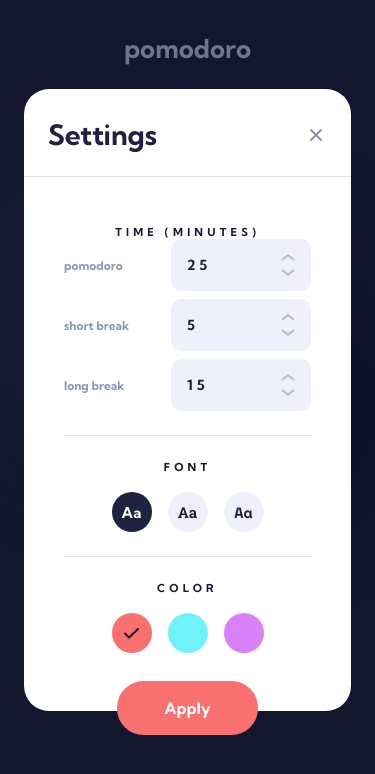
Repository: blordeus/pomodoro-app
Page: /, after clicking the first element matching `button.settings-trigger`
The author's editor kept a copy of each file at every save. The page is drawn from the files as they stood at one save, then again after a run of saves.
The browser window is 375 px wide. The pictures show the whole page.
The project was rebuilt for these pictures with package versions that can differ from the ones it lists, and the page was loaded fresh each time.

Above is the page before, as saved 2026-05-09 18:33:41.

### index.html
<!doctype html>
<html lang="en">
  <head>
    <meta charset="UTF-8" />
    <meta name="viewport" content="width=device-width, initial-scale=1.0" />
    <title>Pomodoro App</title>
  </head>
  <body>
    <div id="root"></div>
    <script type="module" src="/src/main.jsx"></script>
  </body>
</html>

### src/main.jsx
import React from 'react';
import { createRoot } from 'react-dom/client';
import './index.css';
import App from './App.jsx';

createRoot(document.getElementById('root')).render(
  <React.StrictMode>
    <App />
  </React.StrictMode>
);

### src/index.css
@import url('https://fonts.googleapis.com/css2?family=Kumbh+Sans:wght@400;700&family=Roboto+Slab:wght@400;700&family=Space+Mono:wght@400;700&display=swap');

/* ─── Design Tokens ─────────────────────────────────────────── */
:root {
  --bg: #1E213F;
  --surface: #161932;
  --surface-alt: #0D0E1C;
  --text-primary: #D7E0FF;
  --text-muted: #8895B3;
  --modal-bg: #FFFFFF;
  --modal-text: #161932;
  --modal-label: #1E213F;
  --modal-section-title: #161932;
  --input-bg: #EFF1FA;
  --input-text: #1E213F;
  --divider: #E3E1E1;

  /* Accent — overridden by useSettings via JS */
  --accent: #F87070;

  /* Font — overridden by useSettings via JS */
  --font-app: 'Kumbh Sans', sans-serif;

  /* Timer sizing */
  --timer-outer: 410px;
  --timer-inner: 340px;
  --timer-ring-size: 339px;
}

/* ─── Reset & Base ──────────────────────────────────────────── */
*, *::before, *::after {
  box-sizing: border-box;
  margin: 0;
  padding: 0;
}

body {
  font-family: var(--font-app);
  background-color: var(--bg);
  color: var(--text-primary);
  min-height: 100vh;
  transition: font-family 0.2s ease;
}

button {
  cursor: pointer;
  border: none;
  background: none;
  font-family: inherit;
}

/* ─── App Layout ────────────────────────────────────────────── */
.app {
  display: flex;
  flex-direction: column;
  align-items: center;
  padding: 48px 24px 56px;
  min-height: 100vh;
}

.app__title {
  font-size: 1.625rem;
  font-weight: 700;
  letter-spacing: 0;
  color: var(--text-primary);
  margin-bottom: 45px;
}

/* ─── Mode Selector ─────────────────────────────────────────── */
.mode-selector {
  display: flex;
  align-items: center;
  background-color: var(--surface);
  border-radius: 31.5px;
  padding: 8px;
  gap: 0;
  margin-bottom: 48px;
}

.mode-btn {
  font-family: var(--font-app);
  font-size: 0.75rem;
  font-weight: 700;
  color: var(--text-muted);
  border-radius: 26.5px;
  padding: 14px 24px;
  transition: color 0.25s ease, background-color 0.25s ease;
  white-space: nowrap;
}

.mode-btn:hover {
  color: var(--text-primary);
}

.mode-btn--active {
  background-color: var(--accent);
  color: var(--modal-label);
}

/* ─── Timer ─────────────────────────────────────────────────── */
.timer-wrapper {
  margin-bottom: 63px;
}

.timer-outer {
  width: var(--timer-outer);
  height: var(--timer-outer);
  border-radius: 50%;
  background: linear-gradient(315deg, #2E325A 0%, #0E112A 100%);
  box-shadow:
    -50px -50px 100px #272C5A,
    50px 50px 100px #121530;
  display: flex;
  align-items: center;
  justify-content: center;
}

.timer-inner {
  width: var(--timer-inner);
  height: var(--timer-inner);
  border-radius: 50%;
  background: var(--surface);
  display: flex;
  align-items: center;
  justify-content: center;
  position: relative;
}

.timer-ring {
  position: absolute;
  inset: 0;
  display: flex;
  align-items: center;
  justify-content: center;
  width: 100%;
  height: 100%;
  padding: 20px;
}

.progress-ring {
  overflow: visible;
  width: 100%;
  height: 100%;
}

.timer-face {
  position: relative;
  z-index: 1;
  display: flex;
  flex-direction: column;
  align-items: center;
  gap: 15px;
  padding: 20px 40px;
  border-radius: 50%;
  background: transparent;
  transition: opacity 0.15s ease;
}

.timer-face:hover .timer-action {
  color: var(--accent);
}

.timer-time {
  font-family: var(--font-app);
  font-size: 5.5rem;
  font-weight: 700;
  color: var(--text-primary);
  letter-spacing: -4px;
  line-height: 1;
}

.timer-action {
  font-family: var(--font-app);
  font-size: 0.875rem;
  font-weight: 700;
  letter-spacing: 13px;
  color: var(--text-primary);
  text-transform: uppercase;
  transition: color 0.2s ease;
  /* offset to account for letter-spacing on last char */
  padding-left: 13px;
}

/* ─── Settings Trigger ──────────────────────────────────────── */
.settings-trigger {
  color: var(--text-muted);
  transition: color 0.2s ease;
  padding: 8px;
}

.settings-trigger:hover {
  color: var(--text-primary);
}

.settings-trigger img {
  opacity: 0.5;
  transition: opacity 0.2s ease;
}

.settings-trigger:hover img {
  opacity: 1;
}

/* ─── Settings Modal ────────────────────────────────────────── */
.modal-backdrop {
  position: fixed;
  inset: 0;
  background: rgba(10, 12, 28, 0.5);
  display: flex;
  align-items: center;
  justify-content: center;
  z-index: 100;
  padding: 24px;
}

.modal {
  background: var(--modal-bg);
  border-radius: 25px;
  width: 100%;
  max-width: 540px;
  position: relative;
  overflow: visible;
}

.modal__header {
  display: flex;
  align-items: center;
  justify-content: space-between;
  padding: 34px 40px 28px;
  border-bottom: 1px solid var(--divider);
}

.modal__title {
  font-size: 1.75rem;
  font-weight: 700;
  color: var(--modal-label);
}

.modal__close {
  color: var(--text-muted);
  padding: 4px;
  transition: color 0.2s ease;
  display: flex;
  align-items: center;
  justify-content: center;
}

.modal__close:hover {
  color: var(--modal-label);
}

.modal__body {
  padding: 24px 40px;
}

.modal__section {
  padding: 24px 0;
}

.modal__section--row {
  display: flex;
  align-items: center;
  justify-content: space-between;
}

.modal__section-title {
  font-size: 0.6875rem;
  font-weight: 700;
  letter-spacing: 4.23px;
  color: var(--modal-section-title);
  text-transform: uppercase;
  margin-bottom: 18px;
}

.modal__section--row .modal__section-title {
  margin-bottom: 0;
}

.modal__time-inputs {
  display: flex;
  gap: 20px;
}

.modal__divider {
  height: 1px;
  background: var(--divider);
}

.modal__options {
  display: flex;
  gap: 16px;
  align-items: center;
}

.modal__footer {
  display: flex;
  justify-content: center;
  padding-bottom: 0;
  /* Apply button overlaps the bottom of the modal */
  margin-top: -20px;
  margin-bottom: -24px;
}

/* ─── TimeInput ─────────────────────────────────────────────── */
.time-input {
  flex: 1;
  display: flex;
  flex-direction: column;
  gap: 8px;
}

.time-input__label {
  font-size: 0.75rem;
  font-weight: 700;
  color: var(--text-muted);
}

.time-input__control {
  display: flex;
  align-items: center;
  justify-content: space-between;
  background: var(--input-bg);
  border-radius: 10px;
  padding: 14px 16px;
  gap: 16px;
}

.time-input__value {
  font-size: 0.875rem;
  font-weight: 700;
  color: var(--input-text);
}

.time-input__arrows {
  display: flex;
  flex-direction: column;
  gap: 8px;
}

.time-input__arrow {
  color: #8895B3;
  display: flex;
  align-items: center;
  justify-content: center;
  transition: color 0.15s ease;
  padding: 0;
  line-height: 1;
}

.time-input__arrow img {
  width: 14px;
  height: 8px;
}

.time-input__arrow:hover {
  color: var(--input-text);
}

/* ─── Font Buttons ──────────────────────────────────────────── */
.font-btn {
  width: 40px;
  height: 40px;
  border-radius: 50%;
  font-size: 0.9375rem;
  font-weight: 700;
  background: var(--input-bg);
  color: var(--modal-label);
  display: flex;
  align-items: center;
  justify-content: center;
  transition: background-color 0.2s ease, color 0.2s ease;
}

.font-btn--active {
  background: var(--modal-label);
  color: var(--modal-bg);
}

/* ─── Color Buttons ─────────────────────────────────────────── */
.color-btn {
  width: 40px;
  height: 40px;
  border-radius: 50%;
  position: relative;
  transition: opacity 0.2s ease;
}

.color-btn:hover {
  opacity: 0.85;
}

.color-btn--active::after {
  content: '';
  position: absolute;
  inset: 0;
  display: flex;
  align-items: center;
  justify-content: center;
  background-image: url("data:[embedded picture, 244 characters]");
  background-repeat: no-repeat;
  background-position: center;
}

/* ─── Apply Button ──────────────────────────────────────────── */
.apply-btn {
  font-family: var(--font-app);
  font-size: 1rem;
  font-weight: 700;
  color: white;
  background: var(--accent);
  border-radius: 26.5px;
  padding: 17px 47px;
  transition: filter 0.2s ease;
}

.apply-btn:hover {
  filter: brightness(1.15);
}

/* ─── Responsive ────────────────────────────────────────────── */
@media (max-width: 600px) {
  :root {
    --timer-outer: 300px;
    --timer-inner: 267px;
    --timer-ring-size: 248px;
  }

  .app {
    padding: 32px 24px 48px;
  }

  .app__title {
    margin-bottom: 40px;
  }

  .mode-selector {
    margin-bottom: 45px;
  }

  .mode-btn {
    padding: 11px 16px;
    font-size: 0.6875rem;
  }

  .timer-time {
    font-size: 5rem;
    letter-spacing: -3px;
  }

  .timer-wrapper {
    margin-bottom: 56px;
  }

  /* Settings modal: stack time inputs vertically */
  .modal__time-inputs {
    flex-direction: column;
    gap: 8px;
  }

  .time-input__control {
    width: 140px;
    flex-shrink: 0;
  }

  .time-input__value {
    letter-spacing: 4px;
  }

  .time-input {
    flex-direction: row;
    align-items: center;
    justify-content: space-between;
  }

  .time-input__label {
    flex-shrink: 0;
  }

  .modal__header {
    padding: 28px 24px 24px;
  }

  .modal__body {
    padding: px 24px;
  }

  .modal__section--row {
    flex-direction: column;
    align-items: center;
    gap: 18px;
    text-align: center;
  }

  .modal__section-title {
    margin-bottom: 0;
    text-align: center;
  }


}

### src/App.jsx
import React, { useState } from 'react';
import { useTimer } from './hooks/useTimer';
import { useSettings } from './hooks/useSettings';
import ModeSelector from './components/ModeSelector';
import TimerDisplay from './components/TimerDisplay';
import SettingsModal from './components/SettingsModal';

const App = () => {
  const { settings, applySettings } = useSettings();
  const { mode, status, formattedTime, progress, start, pause, restart, switchMode } = useTimer(settings);
  const [showSettings, setShowSettings] = useState(false);

  return (
    <div className="app">
      <h1 className="app__title">pomodoro</h1>

      <ModeSelector mode={mode} onSwitch={switchMode} />

      <TimerDisplay
        formattedTime={formattedTime}
        progress={progress}
        status={status}
        onStart={start}
        onPause={pause}
        onRestart={restart}
      />

      <button
        className="settings-trigger"
        onClick={() => setShowSettings(true)}
        aria-label="Open settings"
      >
        <img src="/assets/icon-settings.svg" alt="" />
      </button>

      {showSettings && (
        <SettingsModal
          settings={settings}
          onApply={applySettings}
          onClose={() => setShowSettings(false)}
        />
      )}
    </div>
  );
};

export default App;

### src/hooks/useTimer.js
import { useState, useEffect, useRef, useCallback } from 'react';

const MODES = {
  pomodoro: 'pomodoro',
  shortBreak: 'shortBreak',
  longBreak: 'longBreak',
};

export const useTimer = (settings) => {
  const [mode, setMode] = useState(MODES.pomodoro);
  const [status, setStatus] = useState('idle'); // idle | running | paused | complete
  const [timeLeft, setTimeLeft] = useState(settings.pomodoro * 60);
  const intervalRef = useRef(null);

  const totalTime = settings[mode] * 60;

  // Reset timer when mode or settings change
  useEffect(() => {
    clearInterval(intervalRef.current);
    setStatus('idle');
    setTimeLeft(settings[mode] * 60);
  }, [mode, settings]);

  useEffect(() => {
    if (status === 'running') {
      intervalRef.current = setInterval(() => {
        setTimeLeft((prev) => {
          if (prev <= 1) {
            clearInterval(intervalRef.current);
            setStatus('complete');
            return 0;
          }
          return prev - 1;
        });
      }, 1000);
    } else {
      clearInterval(intervalRef.current);
    }

    return () => clearInterval(intervalRef.current);
  }, [status]);

  const start = useCallback(() => setStatus('running'), []);
  const pause = useCallback(() => setStatus('paused'), []);
  const restart = useCallback(() => {
    setStatus('idle');
    setTimeLeft(settings[mode] * 60);
  }, [mode, settings]);

  const switchMode = useCallback((newMode) => {
    setMode(newMode);
  }, []);

  const minutes = Math.floor(timeLeft / 60);
  const seconds = timeLeft % 60;
  const formattedTime = `${String(minutes).padStart(2, '0')}:${String(seconds).padStart(2, '0')}`;
  const progress = timeLeft / totalTime; // 1 = full, 0 = empty

  return {
    mode,
    status,
    timeLeft,
    totalTime,
    formattedTime,
    progress,
    start,
    pause,
    restart,
    switchMode,
    MODES,
  };
};

### src/hooks/useSettings.js
import { useState, useEffect } from 'react';

const STORAGE_KEY = 'pomodoro-settings';

const DEFAULT_SETTINGS = {
  pomodoro: 25,
  shortBreak: 5,
  longBreak: 15,
  font: 'kumbh',   // kumbh | roboto | mono
  color: 'red',    // red | cyan | purple
};

export const useSettings = () => {
  const [settings, setSettings] = useState(() => {
    try {
      const saved = localStorage.getItem(STORAGE_KEY);
      return saved ? { ...DEFAULT_SETTINGS, ...JSON.parse(saved) } : DEFAULT_SETTINGS;
    } catch {
      return DEFAULT_SETTINGS;
    }
  });

  // Apply font + color to :root whenever settings change
  useEffect(() => {
    const root = document.documentElement;

    const fontMap = {
      kumbh: "'Kumbh Sans', sans-serif",
      roboto: "'Roboto Slab', serif",
      mono: "'Space Mono', monospace",
    };

    const colorMap = {
      red: '#F87070',
      cyan: '#70F3F8',
      purple: '#D881F8',
    };

    root.style.setProperty('--accent', colorMap[settings.color]);
    root.style.setProperty('--font-app', fontMap[settings.font]);
  }, [settings.font, settings.color]);

  const applySettings = (newSettings) => {
    const merged = { ...settings, ...newSettings };
    setSettings(merged);
    try {
      localStorage.setItem(STORAGE_KEY, JSON.stringify(merged));
    } catch {
      // storage unavailable, silently continue
    }
  };

  return { settings, applySettings };
};

### src/components/ModeSelector.jsx
import React, { useState } from 'react';

const LABELS = {
  pomodoro: 'pomodoro',
  shortBreak: 'short break',
  longBreak: 'long break',
};

const ModeSelector = ({ mode, onSwitch }) => {
  return (
    <nav className="mode-selector" aria-label="Timer mode">
      {Object.entries(LABELS).map(([key, label]) => (
        <button
          key={key}
          className={`mode-btn${mode === key ? ' mode-btn--active' : ''}`}
          onClick={() => onSwitch(key)}
          aria-pressed={mode === key}
        >
          {label}
        </button>
      ))}
    </nav>
  );
};

export default ModeSelector;

### src/components/TimerDisplay.jsx
import React, { useState } from 'react';
import CircularProgress from './CircularProgress';

const ACTION_LABELS = {
  idle: 'START',
  running: 'PAUSE',
  paused: 'RESUME',
  complete: 'RESTART',
};

const TimerDisplay = ({ formattedTime, progress, status, onStart, onPause, onRestart }) => {
  const actionLabel = ACTION_LABELS[status];

  const handleAction = () => {
    if (status === 'idle' || status === 'paused') onStart();
    else if (status === 'running') onPause();
    else if (status === 'complete') onRestart();
  };

  return (
    <div className="timer-wrapper">
      {/* Outer decorative circle with layered shadow effect */}
      <div className="timer-outer">
        <div className="timer-inner">
          {/* SVG progress ring sits behind the content */}
          <div className="timer-ring">
            <CircularProgress progress={progress} />
          </div>
          {/* Time + action button */}
          <button
            className="timer-face"
            onClick={handleAction}
            aria-label={`${actionLabel} timer, time remaining ${formattedTime}`}
          >
            <span className="timer-time">{formattedTime}</span>
            <span className="timer-action">{actionLabel}</span>
          </button>
        </div>
      </div>
    </div>
  );
};

export default TimerDisplay;

### src/components/SettingsModal.jsx
import React, { useState } from 'react';
import TimeInput from './TimeInput';

const FONTS = [
  { key: 'kumbh', label: 'Aa', style: { fontFamily: "'Kumbh Sans', sans-serif" } },
  { key: 'roboto', label: 'Aa', style: { fontFamily: "'Roboto Slab', serif" } },
  { key: 'mono', label: 'Aa', style: { fontFamily: "'Space Mono', monospace" } },
];

const COLORS = [
  { key: 'red', hex: '#F87070' },
  { key: 'cyan', hex: '#70F3F8' },
  { key: 'purple', hex: '#D881F8' },
];

const SettingsModal = ({ settings, onApply, onClose }) => {
  const [draft, setDraft] = useState({ ...settings });

  const update = (key, value) => setDraft((prev) => ({ ...prev, [key]: value }));

  const handleApply = () => {
    onApply(draft);
    onClose();
  };

  // Close on backdrop click
  const handleBackdrop = (e) => {
    if (e.target === e.currentTarget) onClose();
  };

  return (
    <div className="modal-backdrop" onClick={handleBackdrop} role="dialog" aria-modal="true" aria-labelledby="settings-title">
      <div className="modal">
        <div className="modal__header">
          <h2 className="modal__title" id="settings-title">Settings</h2>
          <button className="modal__close" onClick={onClose} aria-label="Close settings">
            <img src="/assets/icon-close.svg" alt="" />
          </button>
        </div>

        <div className="modal__body">
          {/* Time inputs */}
          <section className="modal__section">
            <h3 className="modal__section-title">Time (Minutes)</h3>
            <div className="modal__time-inputs">
              <TimeInput
                label="pomodoro"
                value={draft.pomodoro}
                onChange={(v) => update('pomodoro', v)}
              />
              <TimeInput
                label="short break"
                value={draft.shortBreak}
                onChange={(v) => update('shortBreak', v)}
              />
              <TimeInput
                label="long break"
                value={draft.longBreak}
                onChange={(v) => update('longBreak', v)}
              />
            </div>
          </section>

          <div className="modal__divider" />

          {/* Font picker */}
          <section className="modal__section modal__section--row">
            <h3 className="modal__section-title">Font</h3>
            <div className="modal__options">
              {FONTS.map(({ key, label, style }) => (
                <button
                  key={key}
                  className={`font-btn${draft.font === key ? ' font-btn--active' : ''}`}
                  style={style}
                  onClick={() => update('font', key)}
                  aria-label={`Font ${key}`}
                  aria-pressed={draft.font === key}
                >
                  {label}
                </button>
              ))}
            </div>
          </section>

          <div className="modal__divider" />

          {/* Color picker */}
          <section className="modal__section modal__section--row">
            <h3 className="modal__section-title">Color</h3>
            <div className="modal__options">
              {COLORS.map(({ key, hex }) => (
                <button
                  key={key}
                  className={`color-btn${draft.color === key ? ' color-btn--active' : ''}`}
                  style={{ backgroundColor: hex }}
                  onClick={() => update('color', key)}
                  aria-label={`Color ${key}`}
                  aria-pressed={draft.color === key}
                />
              ))}
            </div>
          </section>
        </div>

        <div className="modal__footer">
          <button className="apply-btn" onClick={handleApply}>
            Apply
          </button>
        </div>
      </div>
    </div>
  );
};

export default SettingsModal;

### src/components/CircularProgress.jsx
import React, { useState } from 'react';

const CircularProgress = ({ progress, size = 339, strokeWidth = 10 }) => {
  const radius = (size - strokeWidth) / 2;
  const circumference = 2 * Math.PI * radius;
  const offset = circumference - progress * circumference;

  return (
    <svg
      width="100%"
      height="100%"
      viewBox={`0 0 ${size} ${size}`}
      className="progress-ring"
      aria-hidden="true"
    >
      {/* Track (background ring) — invisible, just for spacing */}
      <circle
        cx={size / 2}
        cy={size / 2}
        r={radius}
        fill="none"
        stroke="transparent"
        strokeWidth={strokeWidth}
      />
      {/* Progress arc */}
      <circle
        cx={size / 2}
        cy={size / 2}
        r={radius}
        fill="none"
        stroke="var(--accent)"
        strokeWidth={strokeWidth}
        strokeLinecap="round"
        strokeDasharray={circumference}
        strokeDashoffset={offset}
        // Start at 12 o'clock (default SVG starts at 3 o'clock)
        transform={`rotate(-90 ${size / 2} ${size / 2})`}
        style={{ transition: 'stroke-dashoffset 0.5s linear' }}
      />
    </svg>
  );
};

export default CircularProgress;

### src/components/TimeInput.jsx
import React, { useState } from "react";

const TimeInput = ({ label, value, onChange, min = 1, max = 60 }) => {
  const increment = () => onChange(Math.min(max, value + 1));
  const decrement = () => onChange(Math.max(min, value - 1));

  return (
    <div className="time-input">
      <label className="time-input__label" htmlFor={`time-${label}`}>
        {label}
      </label>
      <div className="time-input__control">
        <span
          className="time-input__value"
          id={`time-${label}`}
          aria-live="polite"
        >
          {value}
        </span>
        <div className="time-input__arrows" aria-hidden="true">
          <div className="time-input__arrows">
            <button
              className="time-input__arrow"
              onClick={increment}
              aria-label={`Increase ${label}`}
            >
              <img src="/assets/icon-arrow-up.svg" alt="" />
            </button>
            <button
              className="time-input__arrow"
              onClick={decrement}
              aria-label={`Decrease ${label}`}
            >
              <img src="/assets/icon-arrow-down.svg" alt="" />
            </button>
          </div>
        </div>
      </div>
    </div>
  );
};

export default TimeInput;

After the next 2 saves:
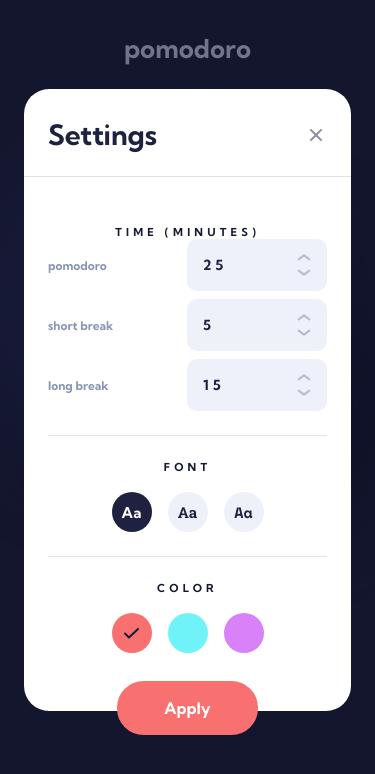
The 2 saves are shown as one change because they came seconds apart.
The last was saved 9 s later.
--- a/src/index.css
+++ b/src/index.css
@@ -481,7 +481,7 @@ button {
   }
 
   .modal__body {
-    padding: px 24px;
+    padding: 24px 24px;
   }
 
   .modal__section--row {
